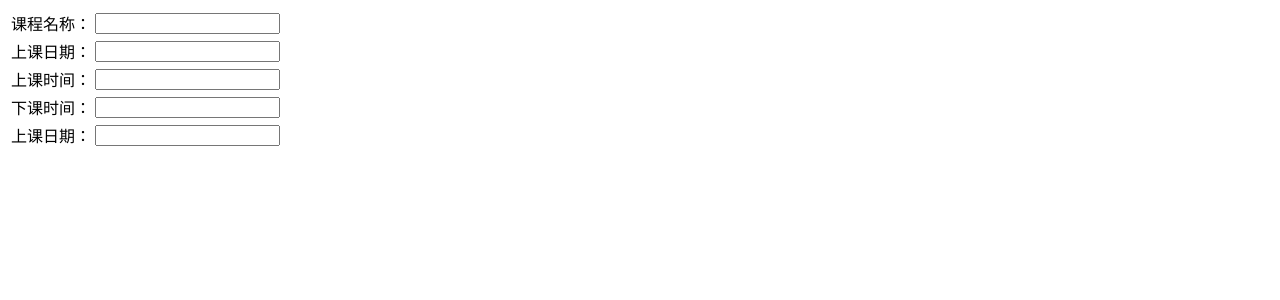
Repository: arkulo56/codeLibrary
Page: http://localhost/firstWeb/addCourse.jsp
An editor plug-in stored every save of this project. The page is shown before and after the next save, followed by the edit.
The browser window is 1280 px wide. The pictures show the whole page.
The page is served by Tomcat 9. Other server files are loaded and not shown.

Above is the page before, as saved 2016-04-21 08:19:55.

### java/firstWeb/WebContent/addCourse.jsp
<%@page import="java.text.SimpleDateFormat"%>
<%@ page language="java" contentType="text/html; charset=UTF-8"
    pageEncoding="UTF-8"%>
<%@ page import="java.util.*,model.*,action.*" %>
<!DOCTYPE html PUBLIC "-//W3C//DTD HTML 4.01 Transitional//EN" "http://www.w3.org/TR/html4/loose.dtd">
<html>
<head>
<meta http-equiv="Content-Type" content="text/html; charset=UTF-8">
<title>Insert title here</title>
</head>
<body>
<form action="addDeal.jsp" method="post">
<table>
<tr>
	<td>课程名称：</td>
	<td><input type="text" name="name" /></td>
</tr>
<tr>
	<td>上课日期：</td>
	<td><input type="text" name="classDate" /></td>
</tr>
<tr>
	<td>上课时间：</td>
	<td><input type="text" name="startTime" /></td>
</tr>
<tr>
	<td>下课时间：</td>
	<td><input type="text" name="endTime" /></td>
</tr>
<tr>
	<td>上课日期：</td>
	<td><input type="text" name="classDate" /></td>
</tr>

</table>
</form>
</body>
</html>

After the next save:
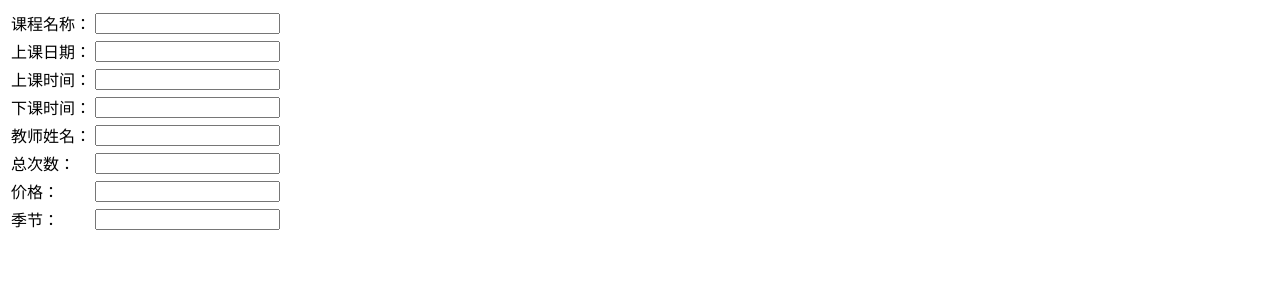
Saved 2 min 24 s later.
--- a/java/firstWeb/WebContent/addCourse.jsp
+++ b/java/firstWeb/WebContent/addCourse.jsp
@@ -28,8 +28,20 @@
 	<td><input type="text" name="endTime" /></td>
 </tr>
 <tr>
-	<td>上课日期：</td>
-	<td><input type="text" name="classDate" /></td>
+	<td>教师姓名：</td>
+	<td><input type="text" name="teacher" /></td>
+</tr>
+<tr>
+	<td>总次数：</td>
+	<td><input type="text" name="classNumber" /></td>
+</tr>
+<tr>
+	<td>价格：</td>
+	<td><input type="text" name="price" /></td>
+</tr>
+<tr>
+	<td>季节：</td>
+	<td><input type="text" name="season" /></td>
 </tr>
 
 </table>
